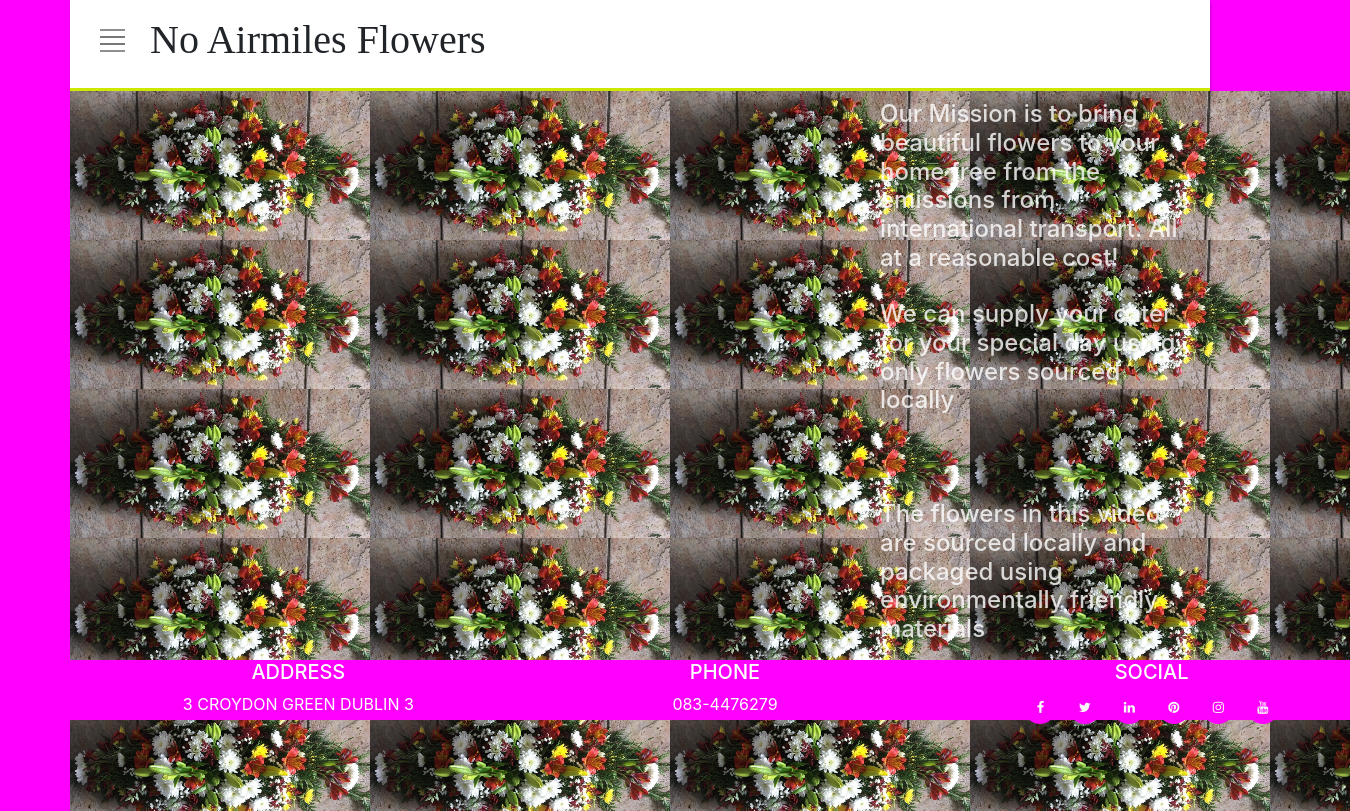
Repository: ConorTC1990/Flowers
Page: Wreaths.html
The author's editor kept a record of every edit. The page is drawn from the files as they stood at one moment, then again after the next edit.
The browser window is 1280 px wide. The page is 1350 px wide, then 1280 px, so the pictures cover 1350 px, including what lies to the right of the window. The pictures show the whole page.
Some web libraries are served in a nearby version.

Above is the page before.

### Wreaths.html
<!DOCTYPE html>
<html lang="en">
    <div class= "container">
<head>
    <meta charset="UTF-8">
    <meta name="viewport" content="width=device-width, initial-scale=1.0">
    <meta http-equiv="X-UA-Compatible" content="ie=edge">
    <link rel="stylesheet" href="https://maxcdn.bootstrapcdn.com/bootstrap/4.2.1/css/bootstrap.min.css" type="text/css" />
    <link rel="stylesheet" href="https://maxcdn.bootstrapcdn.com/font-awesome/4.7.0/css/font-awesome.min.css" type="text/css" />
    <link rel="stylesheet" href="https://cdnjs.cloudflare.com/ajax/libs/hover.css/2.1.1/css/hover-min.css" type="text/css" />
    <link rel="stylesheet" href="assets/css/style.css">
    <title>No Airmiles Flowers</title>
</head>
<body>
<div>
 <div class="collapsible-menu">
            <input type="checkbox" id="menu">
            <label for="menu">No Airmiles Flowers</label>
            <div class="menu-content">
                <ul>
                    <li><a href="#"></a>Home</li>
                    <li><a href="#"></a>Services</li>
                    <li><a href="#"></a>Projects</li>
                    <li><a href="#"></a>About</li>
                    <li><a href="#"></a>Blog</li>
                    <li><a href="#"></a>Contacts</li>
                </ul>
            </div>
        </div>




   <div class="WreathsBackground">
         <h4 class="callout">
            Our Mission is to bring beautiful flowers to your home free from the emissions from international transport. All at a reasonable cost!
        </h4>
    <h4 class="callout2">
           The flowers in this video are sourced locally and packaged using environmentally friendly materials
        </h4>
         <h4 class="callout3">
          We can supply your cater for your special day using only flowers sourced locally
        </h4>
        </div>
       <div class="videoclass2wreaths">
		    <div class=videoclass2padding></div>
		        <ol type="A">
		            <p><li> Our Mission is to bring beautiful flowers to your home free from the emissions from international transport. All at a reasonable cost!</li></p>
		            <p><li> Locally and packaged using environmentally friendly materials</li></p>
		            <p><li>We can cater for your special day using flowers sourced locally<span class"buttonsticky"><button class= "button">Click here for more details</button></span></li></p>
		            <p><li>We can supply flowers grown locally in bunches</li></p>
		            <p><li><span class"buttonsticky"><button class= "button">Contact Us</button></span></li></p>
		        </ol>

		</div>
    <div class="wreathfooter container-fluid">
<footer class="container-fluid wreathfooter">
        <div id="footer-details" class="row">
            <div class="col-sm-4">
                <h5 class="uppercase general-sub">Address</h5>
                <p class="inline-block">
                    3 Croydon Green
                    Dublin 3
                </p>
            </div>
            <div class="col-sm-4">
                <h5 class="uppercase general-sub">Phone</h5>
                <p class="inline-block">
                    083-4476279

                    </a>
                </p>
            </div>
            <div class="col-sm-4">
                <h5 class="uppercase general-sub">Social</h5>
                <ul class="list-inline social-links">
                    <li class="list-inline-item">
                        <a target="_blank" href="#">
                            <i class="fa fa-facebook" aria-hidden="true"></i>
                            <span class="sr-only">Facebook</span>
                        </a>
                    </li>
                    <li class="list-inline-item">
                        <a target="_blank" href="#">
                            <i class="fa fa-twitter" aria-hidden="true"></i>
                            <span class="sr-only">Twitter</span>
                        </a>
                    </li>
                    <li class="list-inline-item">
                        <a target="_blank" href="#">
                            <i class="fa fa-linkedin" aria-hidden="true"></i>
                            <span class="sr-only">LinkedIn</span>
                        </a>
                    </li>
                    <li class="list-inline-item">
                        <a target="_blank" href="#">
                            <i class="fa fa-pinterest" aria-hidden="true"></i>
                            <span class="sr-only">Pinterest</span>
                        </a>
                    </li>
                    <li class="list-inline-item">
                        <a target="_blank" href="#">
                            <i class="fa fa-instagram" aria-hidden="true"></i>
                            <span class="sr-only">Instagram</span>
                        </a>
                    </li>
                    <li class="list-inline-item">
                        <a target="_blank" href="#">
                            <i class="fa fa-youtube" aria-hidden="true"></i>
                            <span class="sr-only">YouTube</span>
                        </a>
                    </li>
                </ul>
            </div>
        </div>
        </div>
        </div>
    </footer>

</body>

</html>

</div>




</html>

### assets/css/style.css
@import url('https://fonts.googleapis.com/css?family=Roboto:100,200,300,400,500,600,700|Exo:100,200,300,400,500,600,700');



.mission {
    text-transform: uppercase;
    color: green;



} /* up for deletion*/


    @media (min-width: 1200px)
.container {
     max-width: 100%;
}
@media (min-width: 992px)
.container {
    max-width: 100%;
}
@media (min-width: 768px)
.container {
    max-width: 100%;
}
@media (min-width: 576px)
.container {
    max-width: 100%;
} /* up for deletion*/
.container {
    padding-right: 0px;
    padding-left: 0px;
    margin-right: auto;
    margin-left: auto;
}
}

.wreathscontainer {
    padding-right: 0px;
    padding-left: 0px;
    margin-right: auto;
    margin-left: auto;
}
}

.containerweddings {
    padding-right: 0px;
    padding-left: 0px;
    margin-right: auto;
    margin-left: auto;
}
}
/* up for deletion*/

*, *:before, *:after {
    -webkit-box-sizing: border-box;
    -moz-box-sizing: border-box;
    box-sizing: border-box;
}
* {
    margin: 0;
    padding: 0;
}
* {
    margin: 0;
    padding: 0;
}

*, ::after, ::before {
    box-sizing: border-box;
}


}
    .title{
        text-align: center;
        color: white;

    }



h3 {
    text-transform: uppercase;
    text-align: center;

    color: green;
    background-color: #FF00FF;
    resize: both;
}

/* Buttons*/

.button {
    background-color: #7CFC00;
    text-align: center;
    color: white;
    width: 25%;
    transition-duration: .9s;
    transition-timing-function: ease-in-out;
    z-index: 1;

}

.button:hover {
    background-color: white;
    color: #7CFC00;


}

a:hover{background-color: white;
    color: #7CFC00;}



.sr-only {color: white}

.list-inline-item {color: white}

.infoclass {
background-color: transparent;
}



#myVideo {  position: center;

  width: 100%;
  min-height: 100%;
  padding-bottom: 0px;
  padding-right: 0px;
  padding-left: 0px;
}

  .col-sm-4 {
      text-align: center;
      border-color: #FF00FF;
  }

  /* Callout box - fixed position at the bottom of the page */
.callout {
  position:fixed;
  top: 100px;
  right: 100px;
  margin-left: 20px;
  max-width: 300px;
  color: white;
   opacity: 0.8;
}

.callout2{
  position:fixed;
  top: 500px;
  right: 100px;
  margin-left: 20px;
  max-width: 300px;
  color: white;
  opacity: 0.8;
}

.callout3{
  position:fixed;
  top: 300px;
  right: 100px;
  margin-left: 250px;
  max-width: 300px;
  color: white;
  opacity: 0.8;
}

/* up for deletion*/
.callout-header {
  padding: 25px 15px;
  background: #555;
  font-size: 30px;
  color: white;
  opacity: 0.8;
}



.col-sm-4 {border-color: #FF00FF;
    padding-left: 0px;
    padding-right: 0px;
}

.container-fluid
{alignment-baseline: text-after-edge;
    border:none;
}

.sticky {position: static;
   top: 0;
}

       body {background-color: #FF00FF;
       padding-left: 0px;

       padding-right: 0px;

       }

       .list-inline-item {text-align: right;
           border-color: #FF00FF;
       }


       .address {text-align: right;}


       head {z-index: 1;
       border-collapse: collapse;
       border-color: white;
       }

 /* -------------- Navbar --------------- */


       /* to keep Navbar in place*/
       .sticky {

  position:static;
  top: 0;
}

/* Style the navbar */
#navbar {
  overflow: hidden;
  background-color: #333;
}

/* Navbar links */
#navbar a {
  float: left;
  display: block;
  color: #f2f2f2;
  text-align: center;
  padding: 14px;
  text-decoration: none;
}

/* Page content */
.content {
  padding: 16px;
}

/* The sticky class is added to the navbar with JS when it reaches its scroll position */
.sticky {
  position: fixed;
  top: 35px;
  width: 100%;
}

.stickytitle {
  position: fixed;
  top: 0px;
  width: 100%;
  height: 35px;
  z-index: 1;
}

/* Add some top padding to the page content to prevent sudden quick movement (as the navigation bar gets a new position at the top of the page (position:fixed and top:0) */
.sticky + .content {
  padding-top: 60px;
}

.general-sub
{background-color: #FF00FF;
border-color: #FF00FF;
    padding-left: 0px;
    padding-right: 0px;
    padding-top: 0px;
}

.list-inline-item{color: white}

title sticky {top: 25px}

.buttonsticky{padding-right: 25px}


 .footerpin{position: bottom 35px}

 container-fluid sticky{padding-bottom: 1000px;}

/* Footer Styles */

 .social-links li a i {
    width: 32px;
    height: 32px;
    padding: 12px 0;
    border-radius: 50%;
    font-size: 13px;
    line-height: 7px;
    text-align: center;
    color: #fafafa;
    background: magenta;
    transition: all 0.35s ease-in-out;
    -moz-transition: all 0.35s ease-in-out;
    -webkit-transition: all 0.35s ease-in-out;
    -o-transition: all 0.35s ease-in-out;
}

.social-links li a i:hover {
    background: #7CFC00;
}

footer {
    text-align: center;
    background-color: #FF00FF;
    color: white;
    text-shadow: none;
    text-transform: uppercase;
    position: fixed;
    position: absolute;
    height: 25px;
    max-height: 10%;



}

.container-fluidf {bottom: 10px;}


/* Wreaths */

.WreathsBackground{
    background-image: url("../images/Wreaths.JPG");

    position: absolute;
    resize: both;

    min-width: 100%;
    min-height: 100%;
    max-width: 100%;
    max-height: 100%;
    padding-top: 35px;
     padding-bottom: 60px;
  padding-right: 0px;
  padding-left: 0px;
  z-index: 0;
}


.wreathfooter
{
    text-align: center;
    background-color: #FF00FF;
    color: white;
    text-shadow: none;
    text-transform: uppercase;
    position: fixed;

    height: 60px;
    max-height: 10%;
    bottom: 0px;



}

  /* Contact */

  .ContactBackground{
    background-image: url("../images/flowers.jpg");

    position: absolute;
    resize: both;

    min-width: 100%;
    min-height: 100%;
    padding-top: 35px;
     padding-bottom: 35px;
  padding-right: 0px;
  padding-left: 0px;
  z-index: 0;
}

 /* ----------- Contact  form------------------*/


.form-style-1 {
	margin:10px auto;
	max-width: 400px;
	padding: 20px 12px 10px 20px;
	font: 13px "Lucida Sans Unicode", "Lucida Grande", sans-serif;
}
.form-style-1 li {
	padding: 0;
	display: block;
	list-style: none;
	margin: 10px 0 0 0;
}
.form-style-1 label{
	margin:0 0 3px 0;
	padding:0px;
	display:block;
	font-weight: bold;
}
.form-style-1 input[type=text],
.form-style-1 input[type=date],
.form-style-1 input[type=datetime],
.form-style-1 input[type=number],
.form-style-1 input[type=search],
.form-style-1 input[type=time],
.form-style-1 input[type=url],
.form-style-1 input[type=email],
textarea,
select{
	box-sizing: border-box;
	-webkit-box-sizing: border-box;
	-moz-box-sizing: border-box;
	border:1px solid #BEBEBE;
	padding: 7px;
	margin:0px;
	-webkit-transition: all 0.30s ease-in-out;
	-moz-transition: all 0.30s ease-in-out;
	-ms-transition: all 0.30s ease-in-out;
	-o-transition: all 0.30s ease-in-out;
	outline: none;
}
.form-style-1 input[type=text]:focus,
.form-style-1 input[type=date]:focus,
.form-style-1 input[type=datetime]:focus,
.form-style-1 input[type=number]:focus,
.form-style-1 input[type=search]:focus,
.form-style-1 input[type=time]:focus,
.form-style-1 input[type=url]:focus,
.form-style-1 input[type=email]:focus,
.form-style-1 textarea:focus,
.form-style-1 select:focus{
	-moz-box-shadow: 0 0 8px #88D5E9;
	-webkit-box-shadow: 0 0 8px #88D5E9;
	box-shadow: 0 0 8px #88D5E9;
	border: 1px solid #88D5E9;

}
.form-style-1 .field-divided{
	width: 49%;
}

.form-style-1 .field-long{
	width: 100%;
}
.form-style-1 .field-select{
	width: 100%;
}
.form-style-1 .field-textarea{
	height: 100px;
}
.form-style-1 input[type=submit], .form-style-1 input[type=button]{
	background: #4B99AD;
	padding: 8px 15px 8px 15px;
	border: none;
	color: #fff;
}
.form-style-1 input[type=submit]:hover, .form-style-1 input[type=button]:hover{
	background: #4691A4;
	box-shadow:none;
	-moz-box-shadow:none;
	-webkit-box-shadow:none;
}
.form-style-1 .required{
	color:red;
}

/* ----------- Contact  form------------------*/

/* ----------- Weddings Background------------------*/

.WeddingsBackground{
    background-image: url("../images/wedding flowers.jpg");

    position: fixed;
    resize: both;




    padding-top: 35px;
     padding-bottom: 35px;
  padding-right: 0px;
  padding-left: 0px;
  z-index: 0;
  max-width:  100%;

    max-height: 100%;
    min-width: 100%;
    min-height: 100%;
}

/* ----------- Weddings Background------------------*/

/* ----------- Menu Bar------------------*/


.menu-content {
    font-family: 'Oswald', sans-serif;
    padding: 0 0 0 50px;
}
.collapsible-menu {
    background-color: rgb(255, 255, 255);
    padding: 0px 30px;
    border-bottom: 3px solid #CDE700;
    box-shadow: 1px 2px 3px rgba(0,0,0,0.2);
     opacity: 1;
}
.collapsible-menu ul {
    list-style-type: none;
    padding: 0;
}
.collapsible-menu a {
    display:block;
    padding: 10px;
    text-decoration: none;
}
.collapsible-menu label {
    font-family: 'Sedgwick Ave Display', cursive;
    font-size: 40px;
    display: block;
    cursor: pointer;
    background: url(../images/menu.png) no-repeat left center;
    padding: 10px 0 10px 50px;
}
input#menu {
    display: none;
}

input:checked +label {
    background-image: url(../images/close.png);
}

.menu-content {
    max-height: 0;
    overflow: hidden;
    font-family: 'Oswald', sans-serif;
    padding: 0 0 0 50px;
}
/* Toggle Effect */
input:checked ~ label {
    background-image: url(../images/close.png);
}
input:checked ~ .menu-content {
    max-height: 100%;
}

/* ----------- Menu Bar------------------*/

/* ----------- Consider for Deletion------------------*/


/* test */

* {
  margin: 0;
  padding: 0;
}

/* Icon 0 */

 #nav-icon0 {
  width: 30px;
  height: 35px;
  position: relative;
  margin: 50px auto;
  -webkit-transform: rotate(0deg);
  -moz-transform: rotate(0deg);
  -o-transform: rotate(0deg);
  transform: rotate(0deg);
  -webkit-transition: .5s ease-in-out;
  -moz-transition: .5s ease-in-out;
  -o-transition: .5s ease-in-out;
  transition: .5s ease-in-out;
  cursor: pointer;
}



/* Icon 2 */

#nav-icon0 {
}

#nav-icon0 span {
  display: block;
  position: absolute;
  height: 2px;
  width: 50%;
  background: #000;
  opacity: 1;
  -webkit-transform: rotate(0deg);
  -moz-transform: rotate(0deg);
  -o-transform: rotate(0deg);
  transform: rotate(0deg);
  -webkit-transition: .25s ease-in-out;
  -moz-transition: .25s ease-in-out;
  -o-transition: .25s ease-in-out;
  transition: .25s ease-in-out;
}

#nav-icon0 span:nth-child(even) {
  left: 50%;
  border-radius: 0 9px 9px 0;
}

#nav-icon0 span:nth-child(odd) {
  left:0px;
  border-radius: 9px 0 0 9px;
}

#nav-icon0 span:nth-child(1), #nav-icon0 span:nth-child(2) {
  top: 0px;
}

#nav-icon0 span:nth-child(3), #nav-icon0 span:nth-child(4) {
  top: 10px;
}

#nav-icon0 span:nth-child(5), #nav-icon0 span:nth-child(6) {
  top: 20px;
}

#nav-icon0.open span:nth-child(1),#nav-icon0.open span:nth-child(6) {
  -webkit-transform: rotate(45deg);
  -moz-transform: rotate(45deg);
  -o-transform: rotate(45deg);
  transform: rotate(45deg);
}

#nav-icon0.open span:nth-child(2),#nav-icon0.open span:nth-child(5) {
  -webkit-transform: rotate(-45deg);
  -moz-transform: rotate(-45deg);
  -o-transform: rotate(-45deg);
  transform: rotate(-45deg);
}

#nav-icon0.open span:nth-child(1) {
  left: 0px;
  top: 9px;
}

#nav-icon0.open span:nth-child(2) {
  left: calc(50% - 5px);
  top: 9px;
}

#nav-icon0.open span:nth-child(3) {
  left: -50%;
  opacity: 0;
}

#nav-icon0.open span:nth-child(4) {
  left: 100%;
  opacity: 0;
}

#nav-icon0.open span:nth-child(5) {
  left: 0px;
  top: 19px;
}

#nav-icon0.open span:nth-child(6) {
  left: calc(50% - 5px);
  top: 19px;
}



/* ----------- Consider for Deletion------------------*/














* {
  margin: 0;
  padding: 0;
}

/* Icon 1 */

#nav-icon1, #nav-icon2, #nav-icon3, #nav-icon4 {
  width: 60px;
  height: 45px;
  position: relative;
  margin: 50px auto;
  -webkit-transform: rotate(0deg);
  -moz-transform: rotate(0deg);
  -o-transform: rotate(0deg);
  transform: rotate(0deg);
  -webkit-transition: .5s ease-in-out;
  -moz-transition: .5s ease-in-out;
  -o-transition: .5s ease-in-out;
  transition: .5s ease-in-out;
  cursor: pointer;
}

#nav-icon1 span, #nav-icon3 span, #nav-icon4 span {
  display: block;
  position: absolute;
  height: 9px;
  width: 100%;
  background: #d3531a;
  border-radius: 9px;
  opacity: 1;
  left: 0;
  -webkit-transform: rotate(0deg);
  -moz-transform: rotate(0deg);
  -o-transform: rotate(0deg);
  transform: rotate(0deg);
  -webkit-transition: .25s ease-in-out;
  -moz-transition: .25s ease-in-out;
  -o-transition: .25s ease-in-out;
  transition: .25s ease-in-out;
}

#nav-icon1 span:nth-child(1) {
  top: 0px;
}

#nav-icon1 span:nth-child(2) {
  top: 18px;
}

#nav-icon1 span:nth-child(3) {
  top: 36px;
}

#nav-icon1.open span:nth-child(1) {
  top: 18px;
  -webkit-transform: rotate(135deg);
  -moz-transform: rotate(135deg);
  -o-transform: rotate(135deg);
  transform: rotate(135deg);
}

#nav-icon1.open span:nth-child(2) {
  opacity: 0;
  left: -60px;
}

#nav-icon1.open span:nth-child(3) {
  top: 18px;
  -webkit-transform: rotate(-135deg);
  -moz-transform: rotate(-135deg);
  -o-transform: rotate(-135deg);
  transform: rotate(-135deg);
}

/* Icon 2 */

#nav-icon2 {
}

#nav-icon2 span {
  display: block;
  position: absolute;
  height: 9px;
  width: 50%;
  background: #d3531a;
  opacity: 1;
  -webkit-transform: rotate(0deg);
  -moz-transform: rotate(0deg);
  -o-transform: rotate(0deg);
  transform: rotate(0deg);
  -webkit-transition: .25s ease-in-out;
  -moz-transition: .25s ease-in-out;
  -o-transition: .25s ease-in-out;
  transition: .25s ease-in-out;
}

#nav-icon2 span:nth-child(even) {
  left: 50%;
  border-radius: 0 9px 9px 0;
}

#nav-icon2 span:nth-child(odd) {
  left:0px;
  border-radius: 9px 0 0 9px;
}

#nav-icon2 span:nth-child(1), #nav-icon2 span:nth-child(2) {
  top: 0px;
}

#nav-icon2 span:nth-child(3), #nav-icon2 span:nth-child(4) {
  top: 18px;
}

#nav-icon2 span:nth-child(5), #nav-icon2 span:nth-child(6) {
  top: 36px;
}

#nav-icon2.open span:nth-child(1),#nav-icon2.open span:nth-child(6) {
  -webkit-transform: rotate(45deg);
  -moz-transform: rotate(45deg);
  -o-transform: rotate(45deg);
  transform: rotate(45deg);
}

#nav-icon2.open span:nth-child(2),#nav-icon2.open span:nth-child(5) {
  -webkit-transform: rotate(-45deg);
  -moz-transform: rotate(-45deg);
  -o-transform: rotate(-45deg);
  transform: rotate(-45deg);
}

#nav-icon2.open span:nth-child(1) {
  left: 5px;
  top: 7px;
}

#nav-icon2.open span:nth-child(2) {
  left: calc(50% - 5px);
  top: 7px;
}

#nav-icon2.open span:nth-child(3) {
  left: -50%;
  opacity: 0;
}

#nav-icon2.open span:nth-child(4) {
  left: 100%;
  opacity: 0;
}

#nav-icon2.open span:nth-child(5) {
  left: 5px;
  top: 29px;
}

#nav-icon2.open span:nth-child(6) {
  left: calc(50% - 5px);
  top: 29px;
}

/* Icon 3 */

#nav-icon3 span:nth-child(1) {
  top: 0px;
}

#nav-icon3 span:nth-child(2),#nav-icon3 span:nth-child(3) {
  top: 18px;
}

#nav-icon3 span:nth-child(4) {
  top: 36px;
}

#nav-icon3.open span:nth-child(1) {
  top: 18px;
  width: 0%;
  left: 50%;
}

#nav-icon3.open span:nth-child(2) {
  -webkit-transform: rotate(45deg);
  -moz-transform: rotate(45deg);
  -o-transform: rotate(45deg);
  transform: rotate(45deg);
}

#nav-icon3.open span:nth-child(3) {
  -webkit-transform: rotate(-45deg);
  -moz-transform: rotate(-45deg);
  -o-transform: rotate(-45deg);
  transform: rotate(-45deg);
}

#nav-icon3.open span:nth-child(4) {
  top: 18px;
  width: 0%;
  left: 50%;
}

/* Icon 4 */

#nav-icon4 {
}

#nav-icon4 span:nth-child(1) {
  top: 0px;
  -webkit-transform-origin: left center;
  -moz-transform-origin: left center;
  -o-transform-origin: left center;
  transform-origin: left center;
}

#nav-icon4 span:nth-child(2) {
  top: 18px;
  -webkit-transform-origin: left center;
  -moz-transform-origin: left center;
  -o-transform-origin: left center;
  transform-origin: left center;
}

#nav-icon4 span:nth-child(3) {
  top: 36px;
  -webkit-transform-origin: left center;
  -moz-transform-origin: left center;
  -o-transform-origin: left center;
  transform-origin: left center;
}

#nav-icon4.open span:nth-child(1) {
  -webkit-transform: rotate(45deg);
  -moz-transform: rotate(45deg);
  -o-transform: rotate(45deg);
  transform: rotate(45deg);
  top: -3px;
  left: 8px;
}

#nav-icon4.open span:nth-child(2) {
  width: 0%;
  opacity: 0;
}

#nav-icon4.open span:nth-child(3) {
  -webkit-transform: rotate(-45deg);
  -moz-transform: rotate(-45deg);
  -o-transform: rotate(-45deg);
  transform: rotate(-45deg);
  top: 39px;
  left: 8px;
}

/* ----------- Consider for Deletion------------------*/

.container{
    padding-right: 0px;
    padding-left: 0px;
    margin-right: auto;
    margin-left: auto;
}

.videoclass{min-height: 100%;
min-width: 100%;
padding-bottom: 60px;}

@media (max-width: 40em) {
.videoclass {
display: none;
}
}

@media (max-width: 40em) {
.WreathsBackground {
display: none;
}
}

@media (min-width: 40em) {
.videoclass2 {
display: none;
}
}

@media (min-width: 40em) {
.videoclass2wreaths {
display: none;
}
}

@media (max-width: 40em) {
.callout{
display: none;

}
}

@media (max-width: 70em) {
.callout2 {
display: none;

}
}
@media (max-width: 40em) {
.WeddingsBackground
{display: none;

}
}

@media (max-width: 40em) {
.callout3 {
display: none;

}
}


.videoclass2 {
background-image:url("../images/flowers.jpg");
width: 100%;
height: 100%;
min-height: 625px;
opacity: .8;
text-size: 30px;
text-transform: uppercase;
color: white;
list-style: circle;
line-height:!important; 25px;
text-align: center;


}

.videoclass2padding{padding-top: 80px}

@media (min-width: 40em) {
.videoclass2 {
display: none;

}
}

.videoclass2wreaths{
background-image:url("../images/flowers.jpg");
width: 100%;
height: 100%;
min-height: 500px;
opacity: .8;
text-size: 30px;
text-transform: uppercase;
color: white;
list-style: circle;
line-height:!important; 25px;
text-align: center;


}


@media (max-width: 40em) {
h4 {
display: none;

}
}

After the next edit:
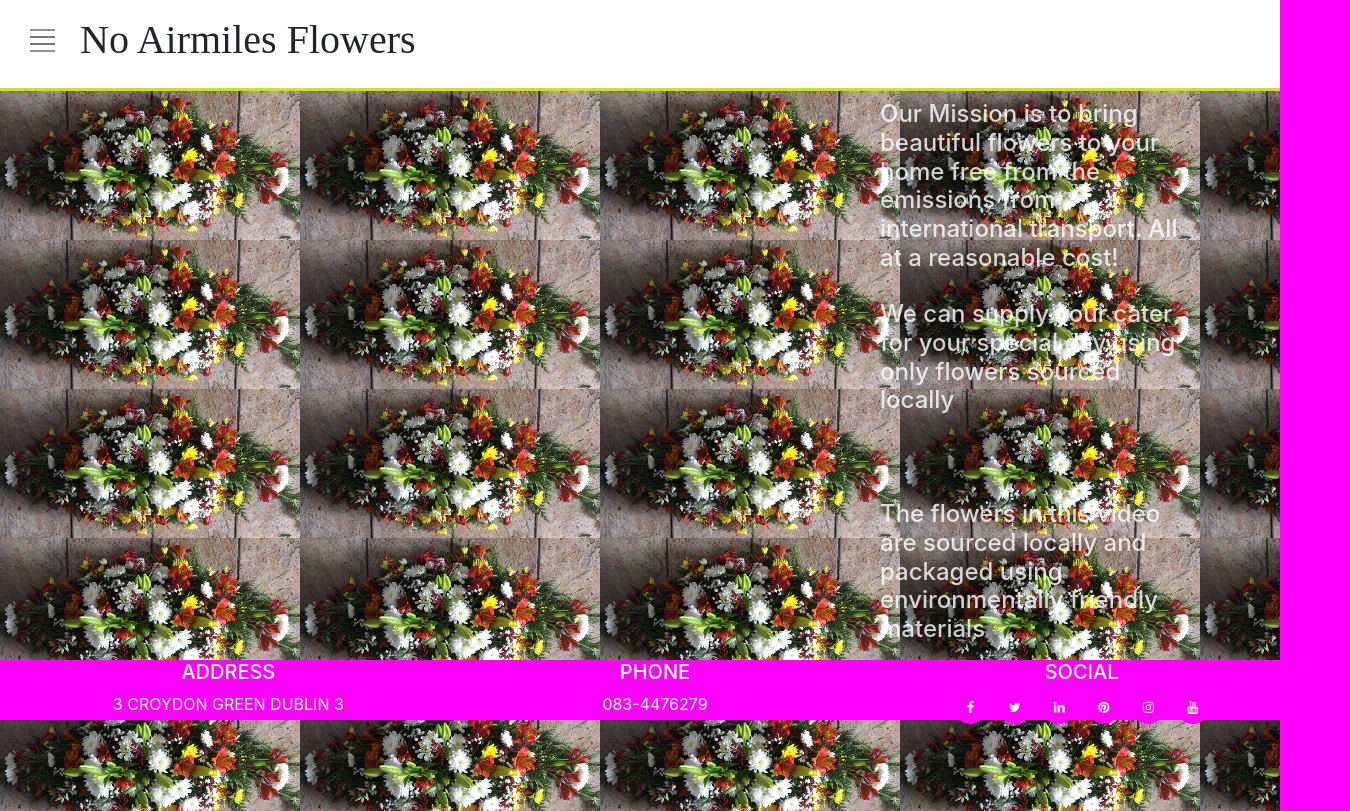
The edit:
--- a/Wreaths.html
+++ b/Wreaths.html
@@ -1,6 +1,6 @@
 <!DOCTYPE html>
 <html lang="en">
-    <div class= "container">
+    <div class= "wreathscontainer">
 <head>
     <meta charset="UTF-8">
     <meta name="viewport" content="width=device-width, initial-scale=1.0">
